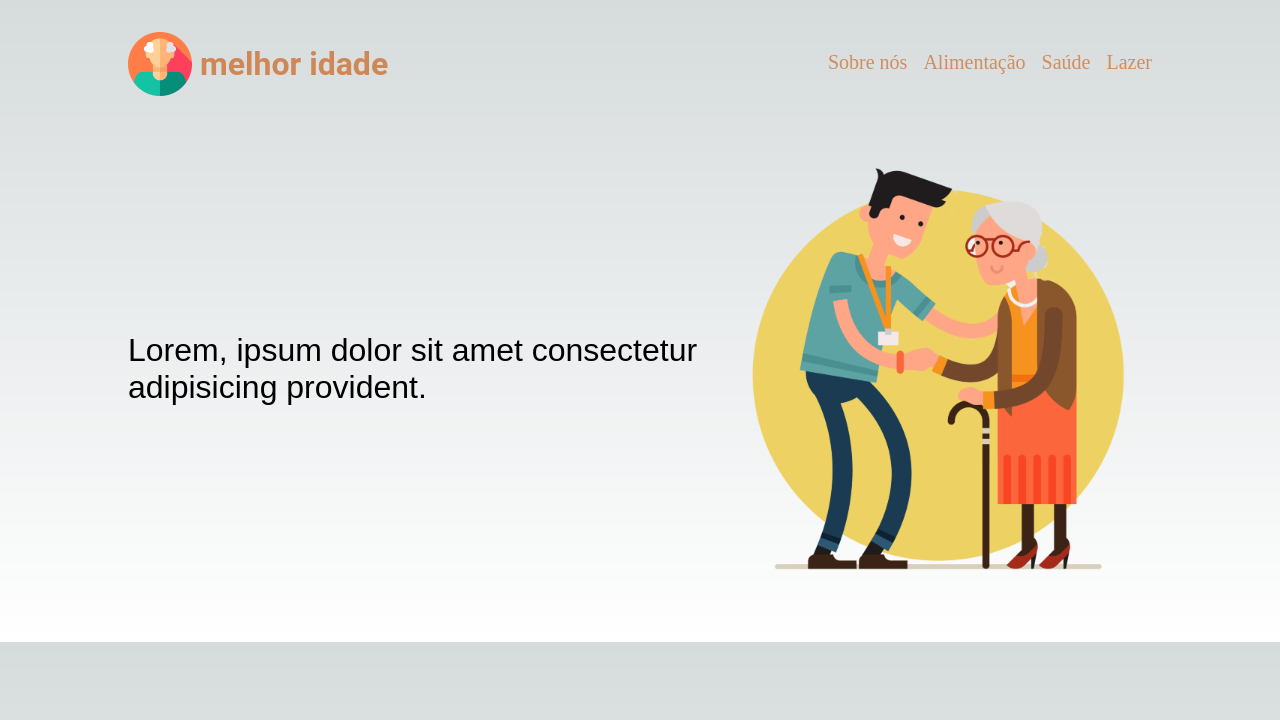
Repository: Giopol12/melhor-idade-online
Page: /home
The author's editor kept a copy of each file at every save. The page is drawn from the files as they stood at one save, then again after the next save.
The browser window is 1280 px wide. The pictures show the whole page.
The project was rebuilt for these pictures with package versions that can differ from the ones it lists, and the page was loaded fresh each time. The framework's server and built-in components were replaced by stand-ins that run in the browser. Also part of the build but not shown: next.config.js.

Above is the page before, as saved 2023-11-12 15:49:48.

After the next save:
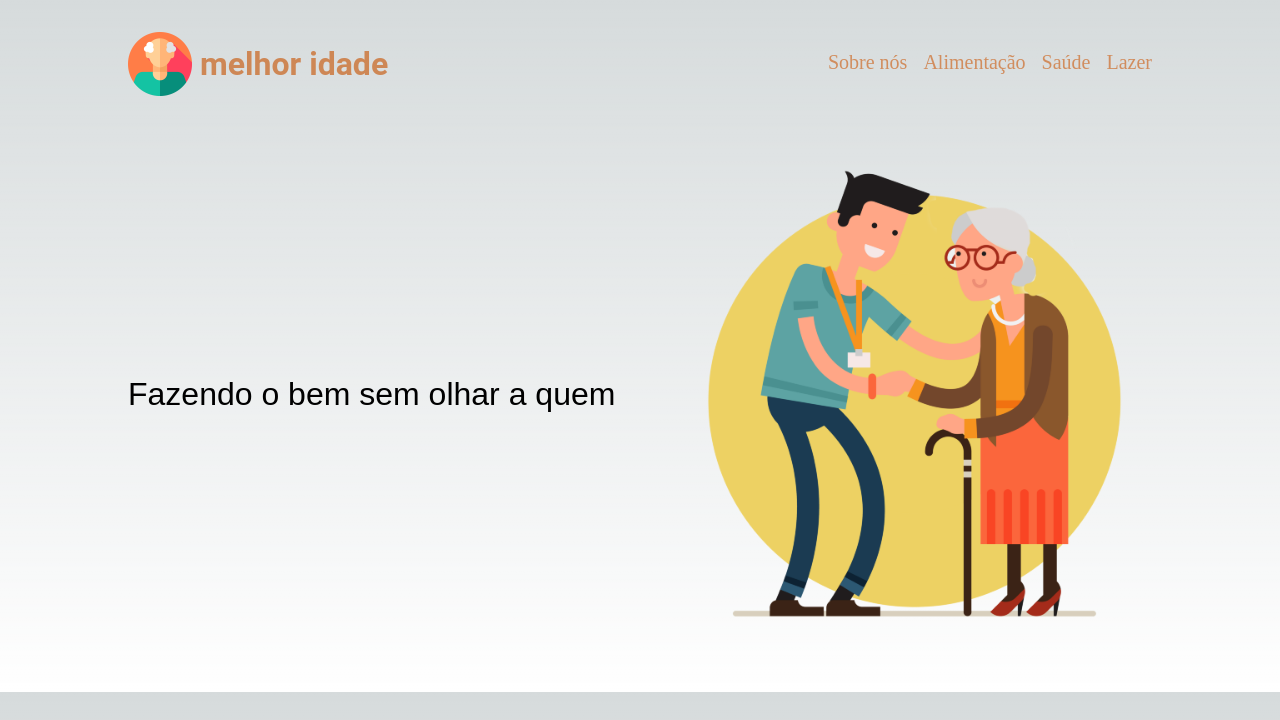
Saved 63 s later.
--- a/src/pages/home/HomeMain/index.tsx
+++ b/src/pages/home/HomeMain/index.tsx
@@ -7,9 +7,9 @@ export function HomeMain() {
   return (
     <HomeMainContainer>
       <ContentContainer>
-        <h1>Lorem, ipsum dolor sit amet consectetur adipisicing provident.</h1>
+        <h1>Fazendo o bem sem olhar a quem</h1>
       </ContentContainer>
-      <Image src={mainImg} width={450} alt="" />
+      <Image src={mainImg} width={500} alt="" />
     </HomeMainContainer>
   )
 }
